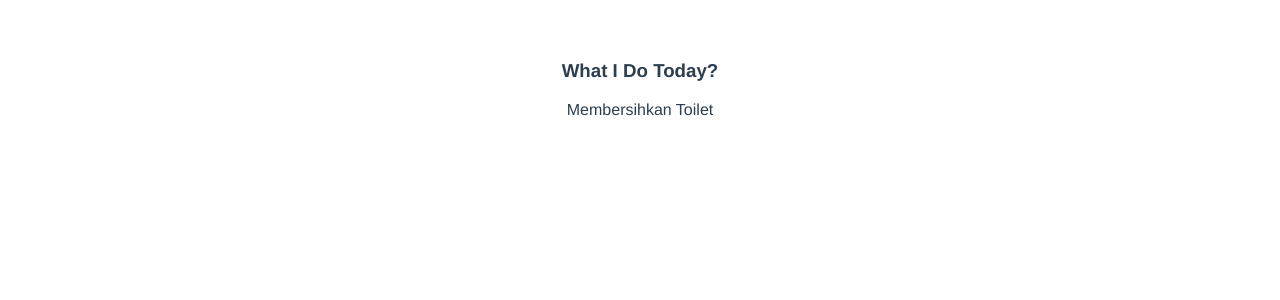
Repository: AdiPrimanto/praxis-academy
Page: / (app in novice/03-05/todolist/)
These files come from the project's save history. The page is drawn as it stood at one moment and after a run of saves; the edit follows.
The browser window is 1280 px wide. The pictures show the whole page.
The project was rebuilt for these pictures with package versions that can differ from the ones it lists, and the page was loaded fresh each time.

Above is the page before, as saved 2019-11-29 13:54:51.

### novice/03-05/todolist/src/App.vue
<template>
  <div id="app">
    <h3>What I Do Today? </h3>
    <div class="pekerjaan-rumah">
      <div v-for="tugasSaya in tugas" v-bind:key="tugasSaya.id" class="tugas">
        <p>{{tugasSaya.nama}}</p>
      </div>
    </div>
  </div>
</template>

<script>
  // import HelloWorld from './components/HelloWorld.vue'

  export default {
    name: 'app',
    //membuat data json
    //v-for dilakukan jk memiliki array di dalam data:
    data: function() {
      return {
        tugas: [{
          id: 1,
          nama: 'Membersihkan Toilet'
        }]
      };
    },
    components: {

    }
  }
</script>

<style>
  #app {
    font-family: 'Avenir', Helvetica, Arial, sans-serif;
    -webkit-font-smoothing: antialiased;
    -moz-osx-font-smoothing: grayscale;
    text-align: center;
    color: #2c3e50;
    margin-top: 60px;
  }
</style>

Loaded but not shown: novice/03-05/todolist/public/index.html (common file); novice/03-05/todolist/src/main.js (common file)

After the next 2 saves:
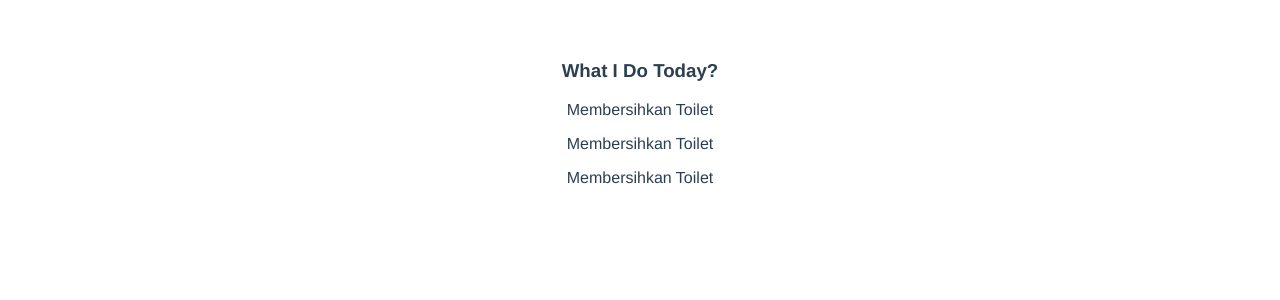
The 2 saves are shown as one change because they came seconds apart.
The last was saved 88 s later.
--- a/novice/03-05/todolist/src/App.vue
+++ b/novice/03-05/todolist/src/App.vue
@@ -21,6 +21,14 @@
         tugas: [{
           id: 1,
           nama: 'Membersihkan Toilet'
+        },
+        {
+          id: 1,
+          nama: 'Membersihkan Toilet'
+        },
+        {
+          id: 1,
+          nama: 'Membersihkan Toilet'
         }]
       };
     },
